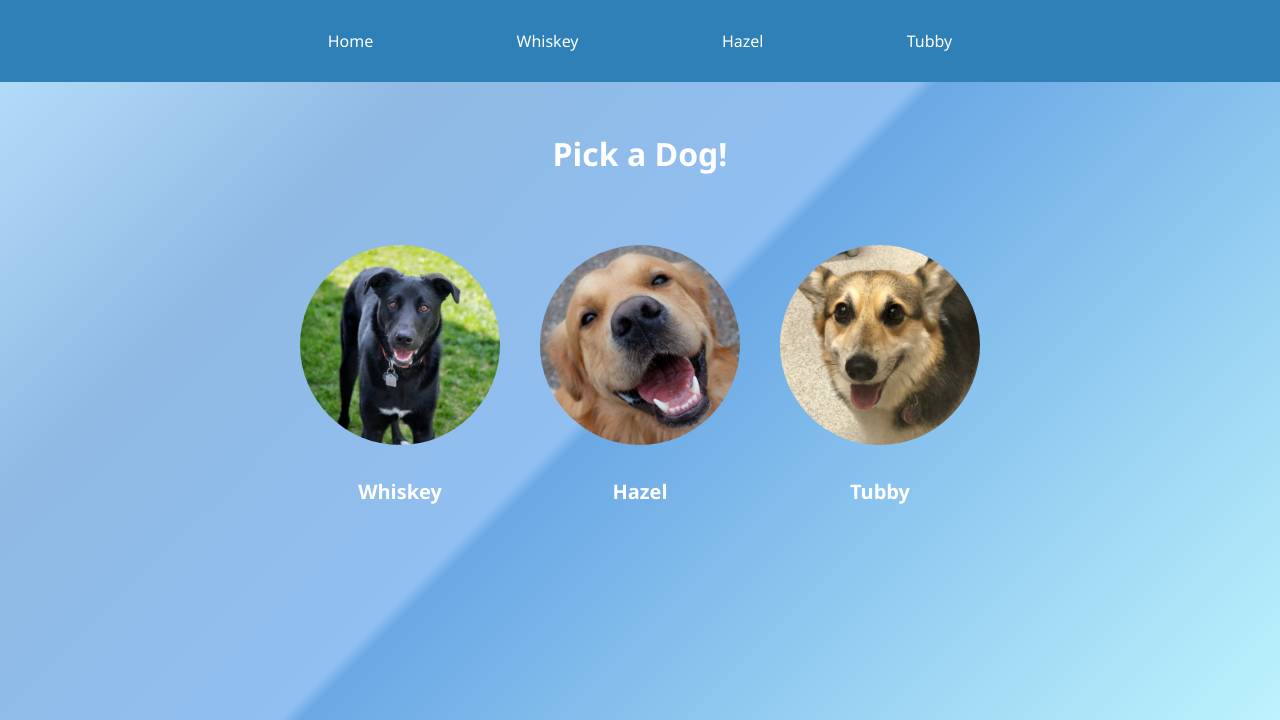
Repository: johnmutina/dog-finder
Page: /
The author's editor kept a copy of each file at every save. The page is drawn from the files as they stood at one save, then again after the next save.
The browser window is 1280 px wide. The pictures show the whole page.
The project was rebuilt for these pictures with package versions that can differ from the ones it lists, and the page was loaded fresh each time. Also part of the build but not shown: src/Dog.css, src/Dog.js.

Above is the page before, as saved 2019-07-28 15:47:04.

After the next save:
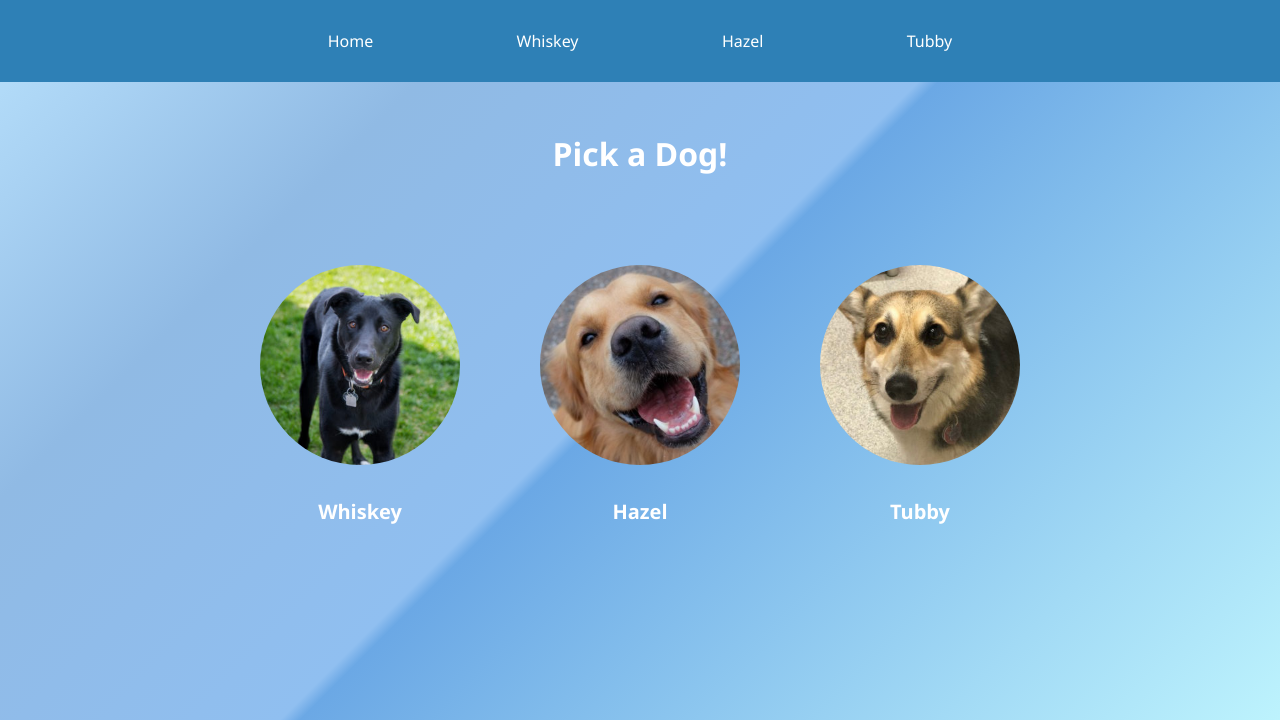
Saved 9 s later.
--- a/src/DogFinder.css
+++ b/src/DogFinder.css
@@ -30,6 +30,7 @@
   flex-flow: column nowrap;
   justify-items: center;
   align-items: center;
+  margin: 20px;
 }
 
 .DogFinder-dog-container h1 {
